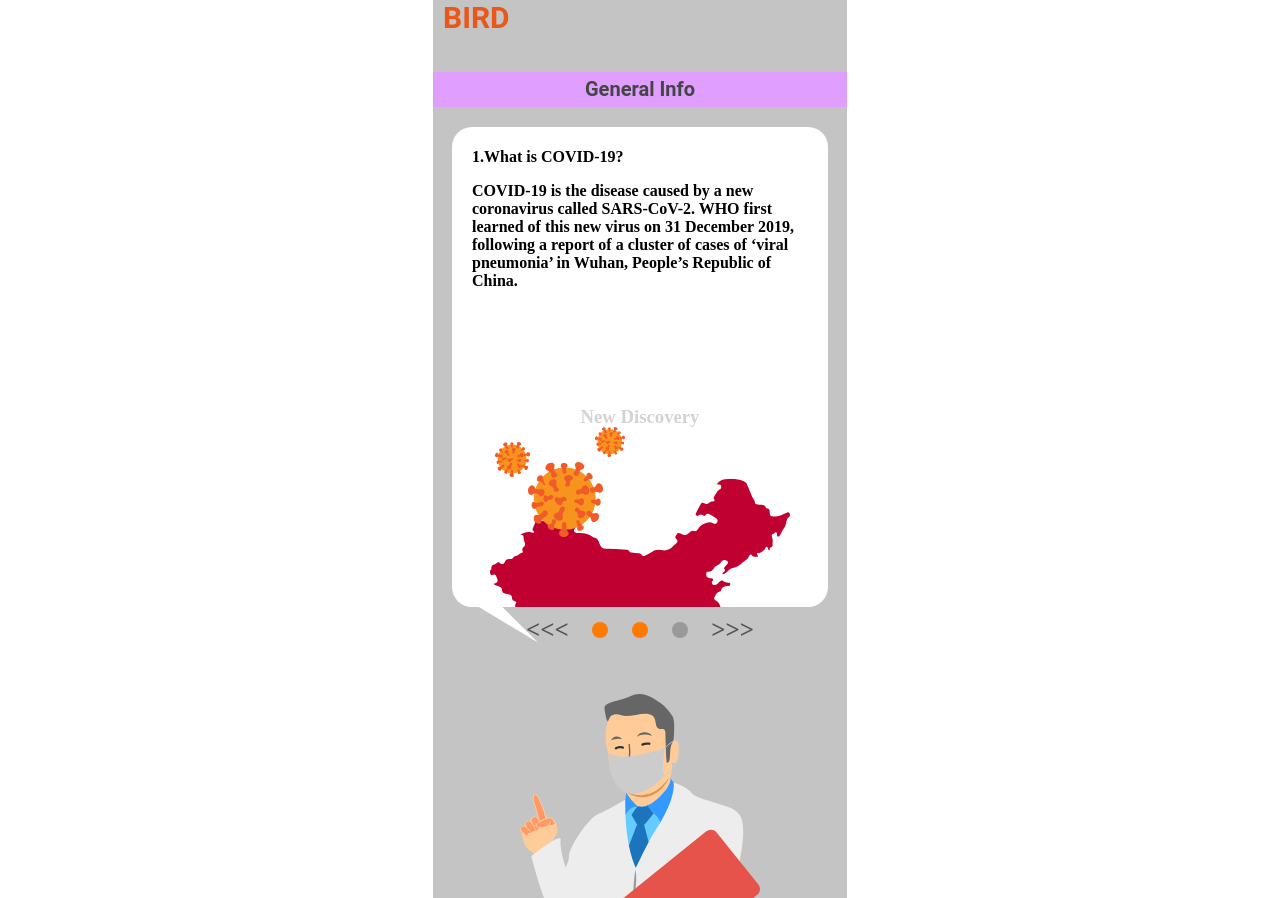
Repository: Levic559/BIRD
Page: General_info-1/1.html
These files come from the project's save history. The page is drawn as it stood at one moment and after a run of saves; the edit follows.
The browser window is 1280 px wide. The pictures show the whole page.

Above is the page before, as saved 2021-03-10 21:51:17.

After the next 3 saves:
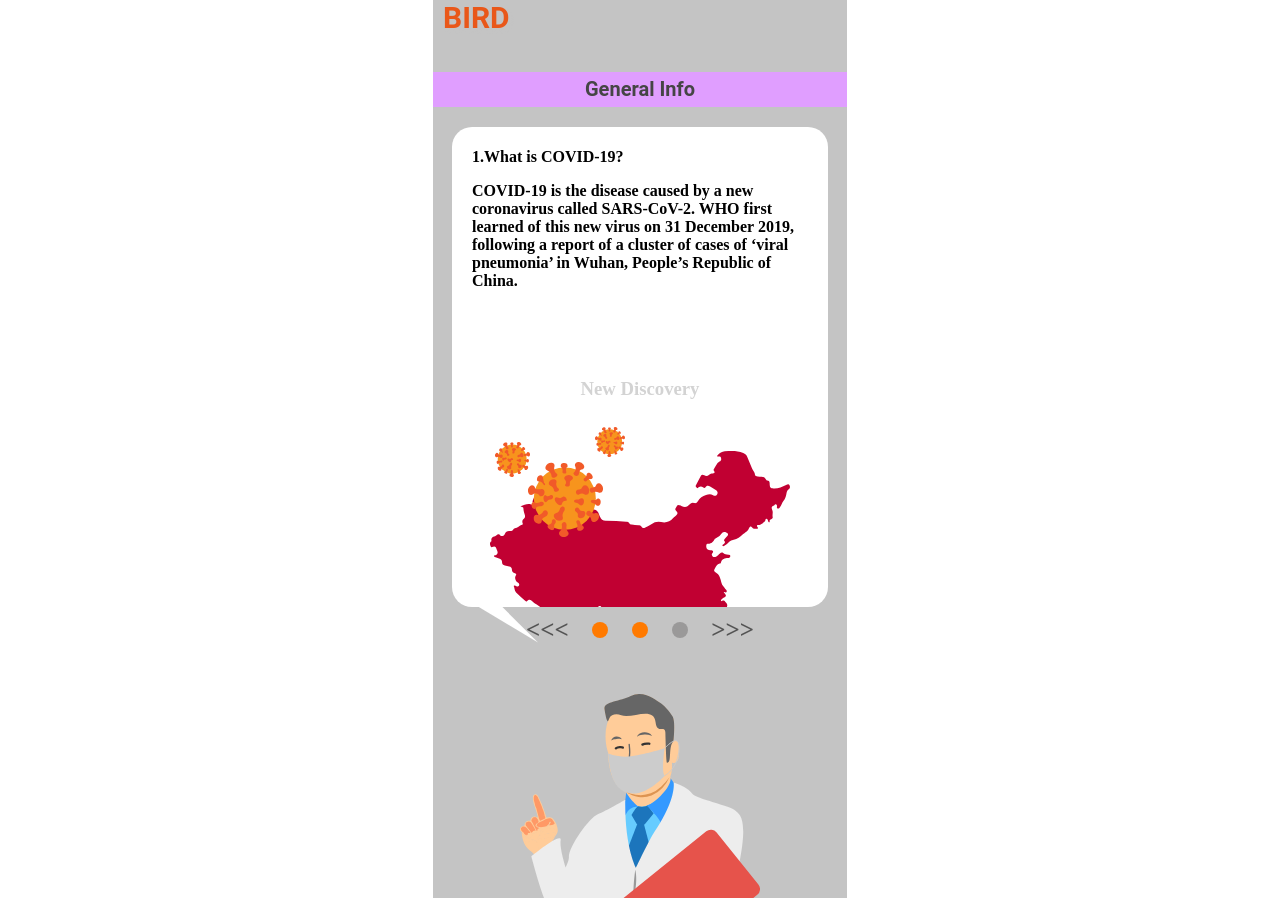
The 3 saves are shown as one change because they came seconds apart.
The last was saved 11 s later.
--- a/General_info_structure/mystyle.css
+++ b/General_info_structure/mystyle.css
@@ -119,6 +119,7 @@
   padding-left: 20px;
   padding-right: 20px;
 }
+.head
 
 .infographicText {
   font-size: 30px;

After the save that followed:
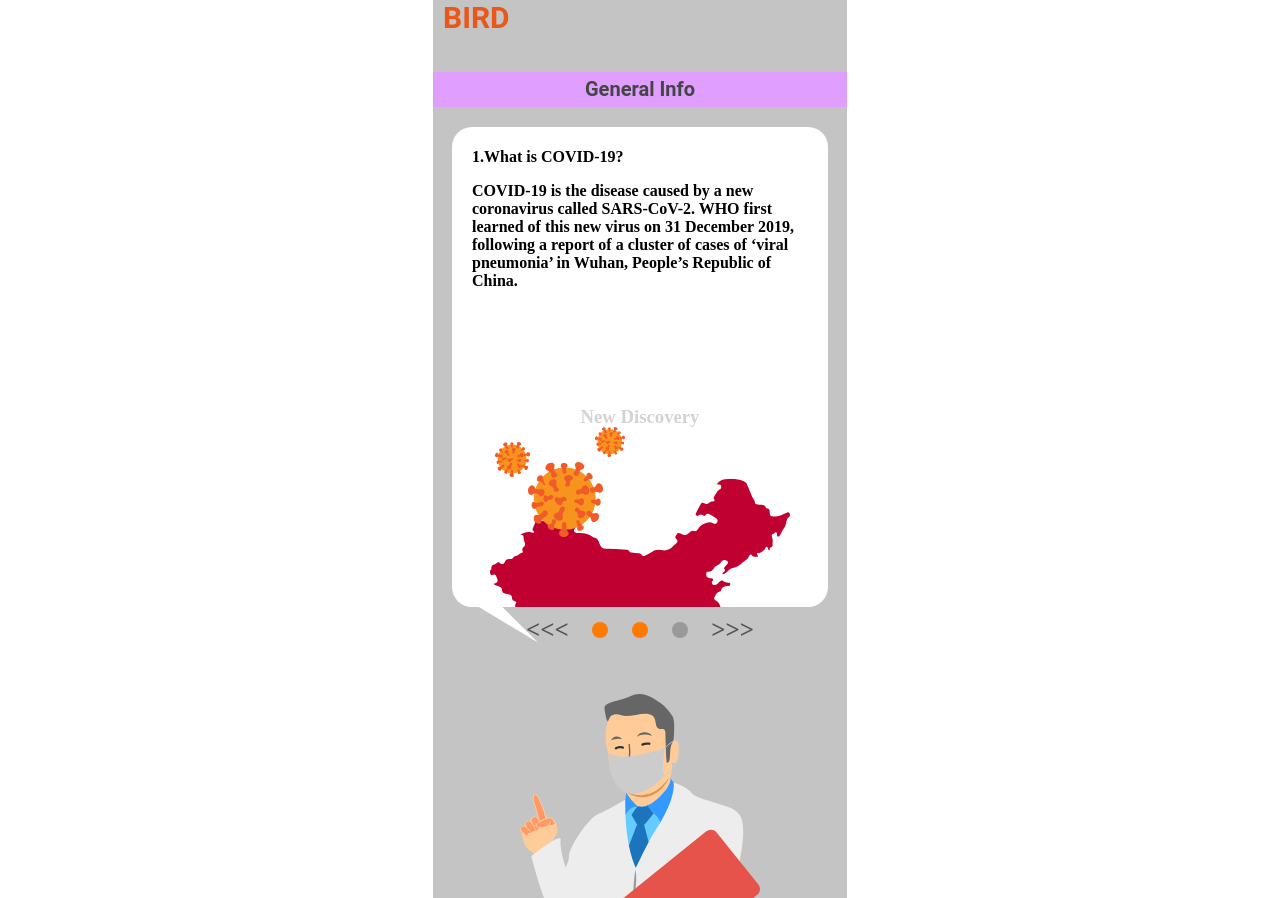
Saved 5 s later.
--- a/General_info_structure/mystyle.css
+++ b/General_info_structure/mystyle.css
@@ -119,7 +119,6 @@
   padding-left: 20px;
   padding-right: 20px;
 }
-.head
 
 .infographicText {
   font-size: 30px;
